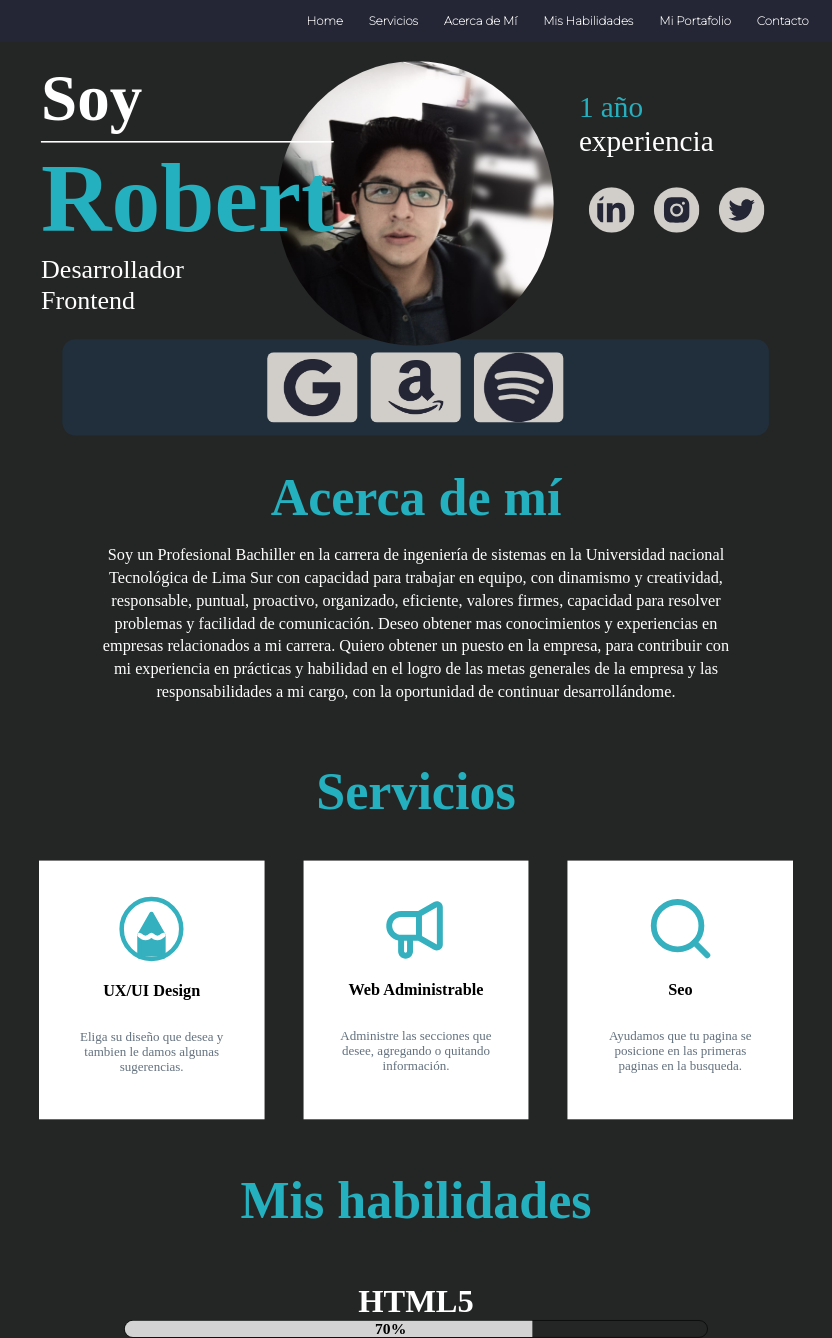
Repository: RobertAries28/PortafolioRobertEscalanteGomez2022
Page: index.html
These files come from the project's save history. The page is drawn as it stood at one moment and after the next save; the edit follows.
The browser window is 1280 px wide. The pictures show the whole page, at 65% of full size.

Above is the page before, as saved 2022-02-15 17:30:09.

After the next save:
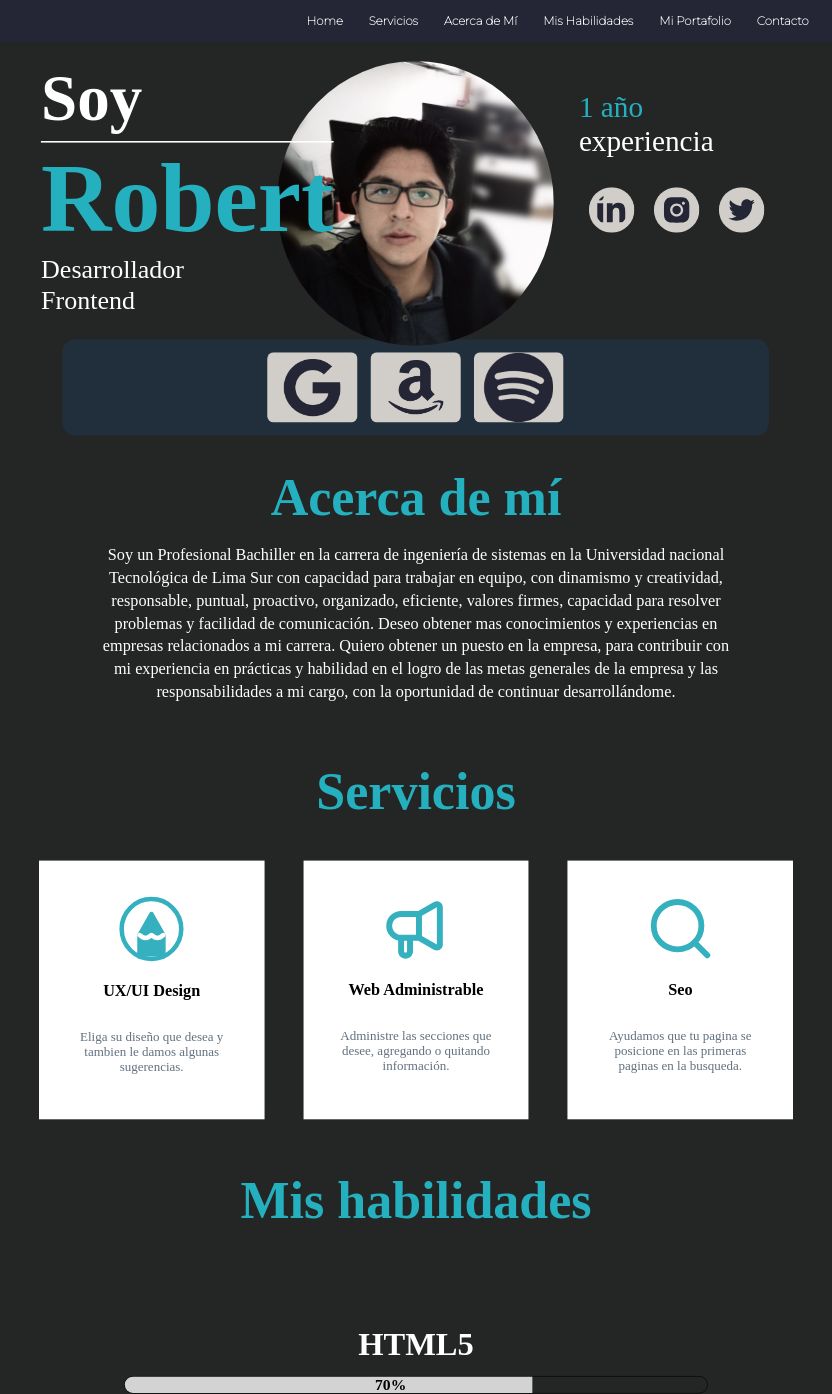
Saved 19 s later.
--- a/estilos.css
+++ b/estilos.css
@@ -251,7 +251,7 @@
     text-align: center;
     font-size: 50px;
     color: white;
-    margin: 0;
+    margin-bottom: 20px;
 }
 
 .habilidades h3{
